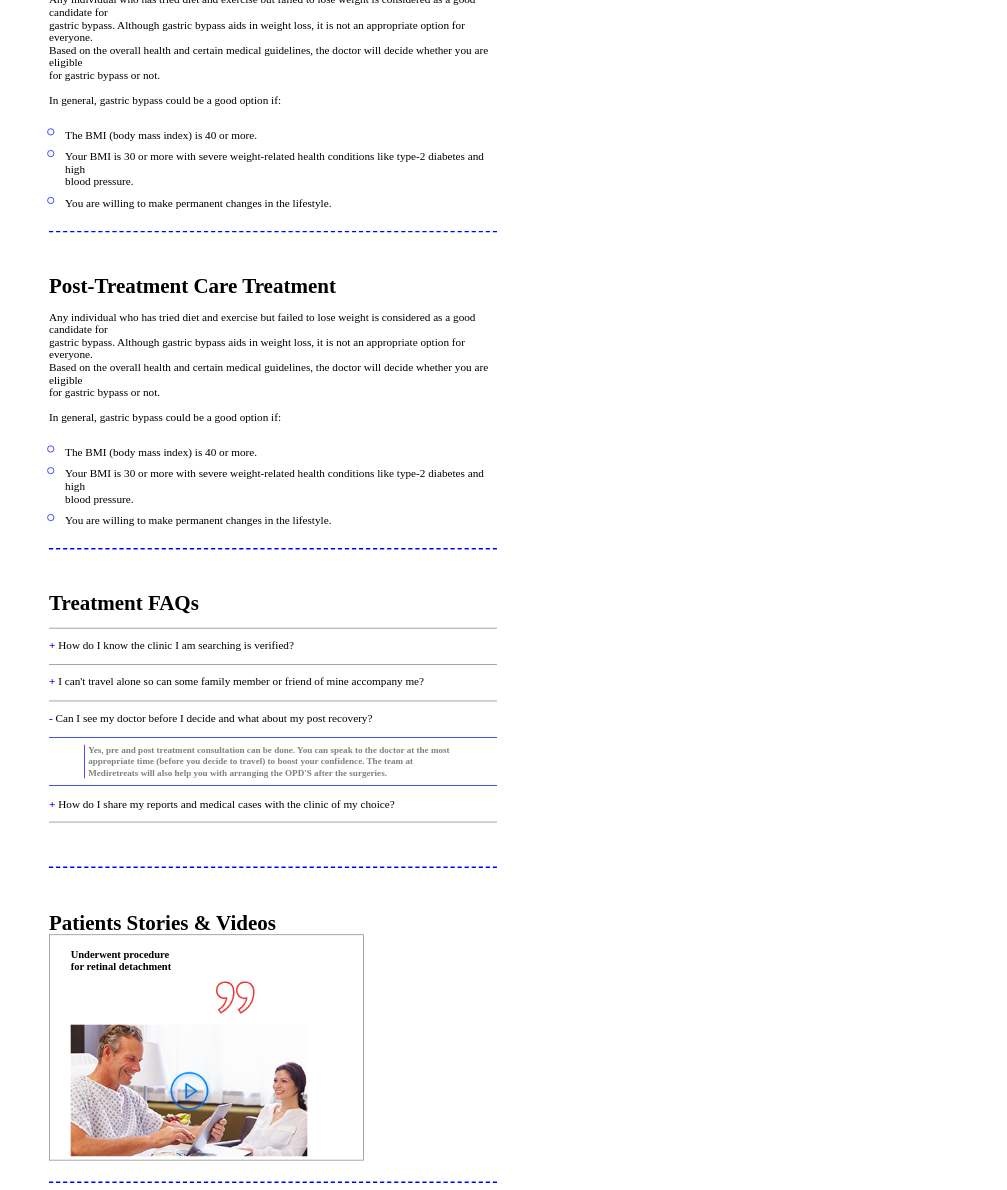
Repository: hetuk2005/webDevelopment
Page: Projects/Aafiya.html
The author's editor kept a copy of each file at every save. The page is drawn from the files as they stood at one save, then again after the next save.
The browser window is 1280 px wide. The page is 1438 px wide, so the pictures cover 1438 px, including what lies to the right of the window. The pictures show the part of the page from y = 2817 to 4537 px (the page is 4517 px tall before and 4537 px after), at 70% of full size.

Above is the page before, as saved 2025-04-08 10:46:23.

After the next save:
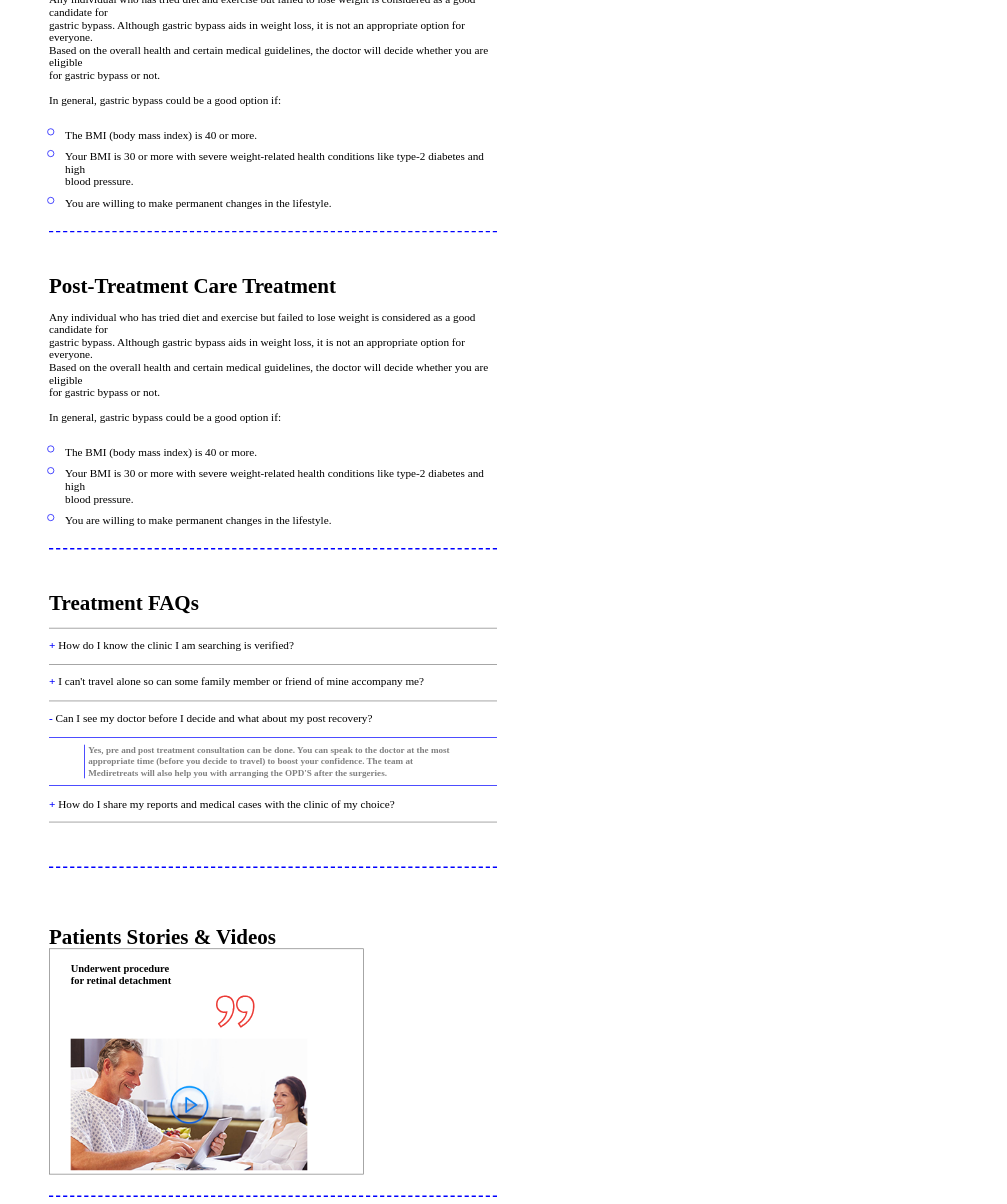
Saved 77 s later.
--- a/Projects/CSS/Aafiya.css
+++ b/Projects/CSS/Aafiya.css
@@ -499,7 +499,7 @@ span {
     margin-bottom: 10px;
     padding-bottom: 30px;
     gap: 50px;
-    padding-top: 50px;
+    padding-top: 70px;
     margin-left: 70px;
     width: 50%;
 }
